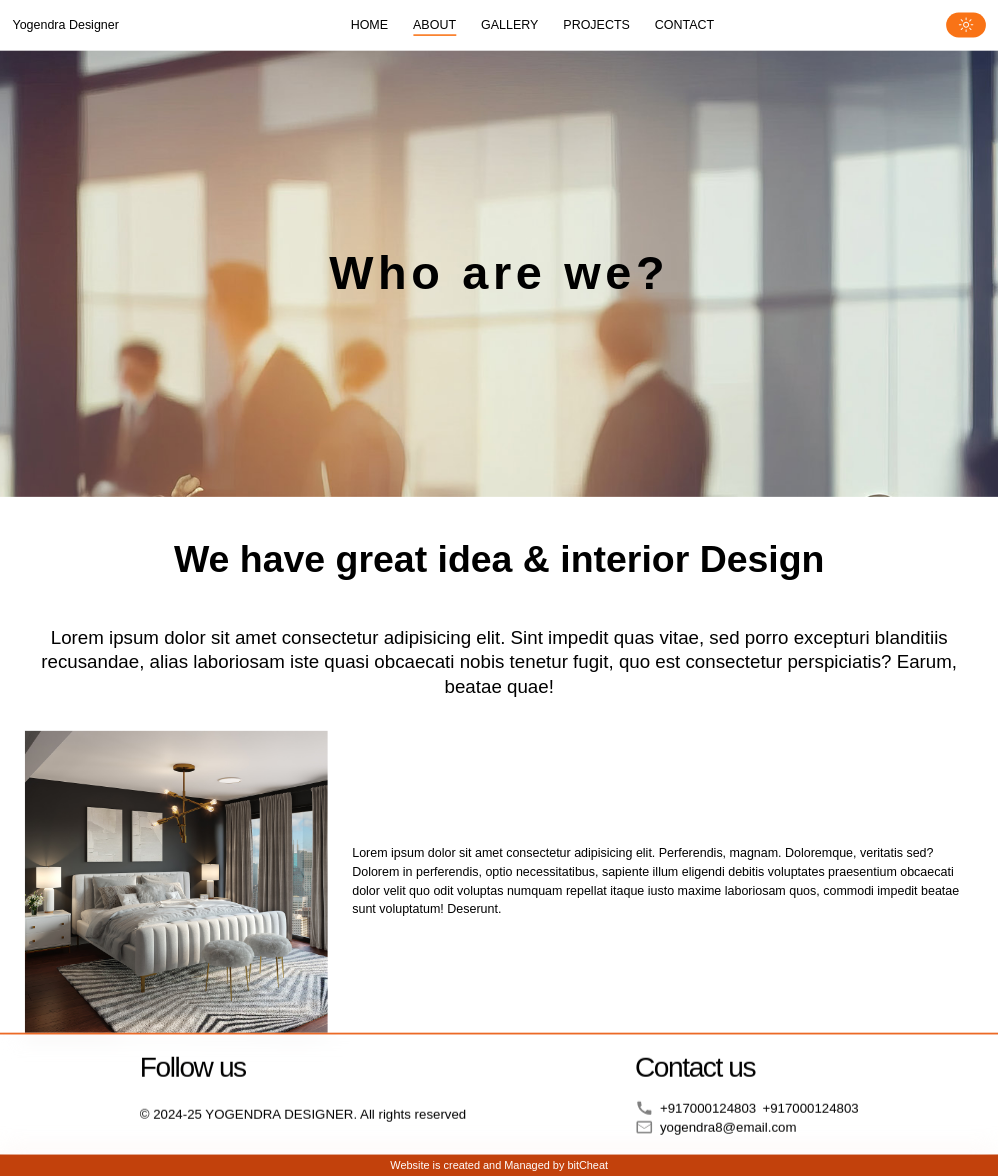
Repository: hitoutvrma/MB_designs-Interior-Designing-website
Page: /about
An editor plug-in stored every save of this project. The page is shown before and after the next save, followed by the edit.
The browser window is 1280 px wide. The pictures show the whole page, at 78% of full size.
The project was rebuilt for these pictures with package versions that can differ from the ones it lists, and the page was loaded fresh each time. The framework's server and built-in components were replaced by stand-ins that run in the browser. Also part of the build but not shown: next.config.mjs.

Above is the page before, as saved 2024-09-16 20:41:35.

After the next save:
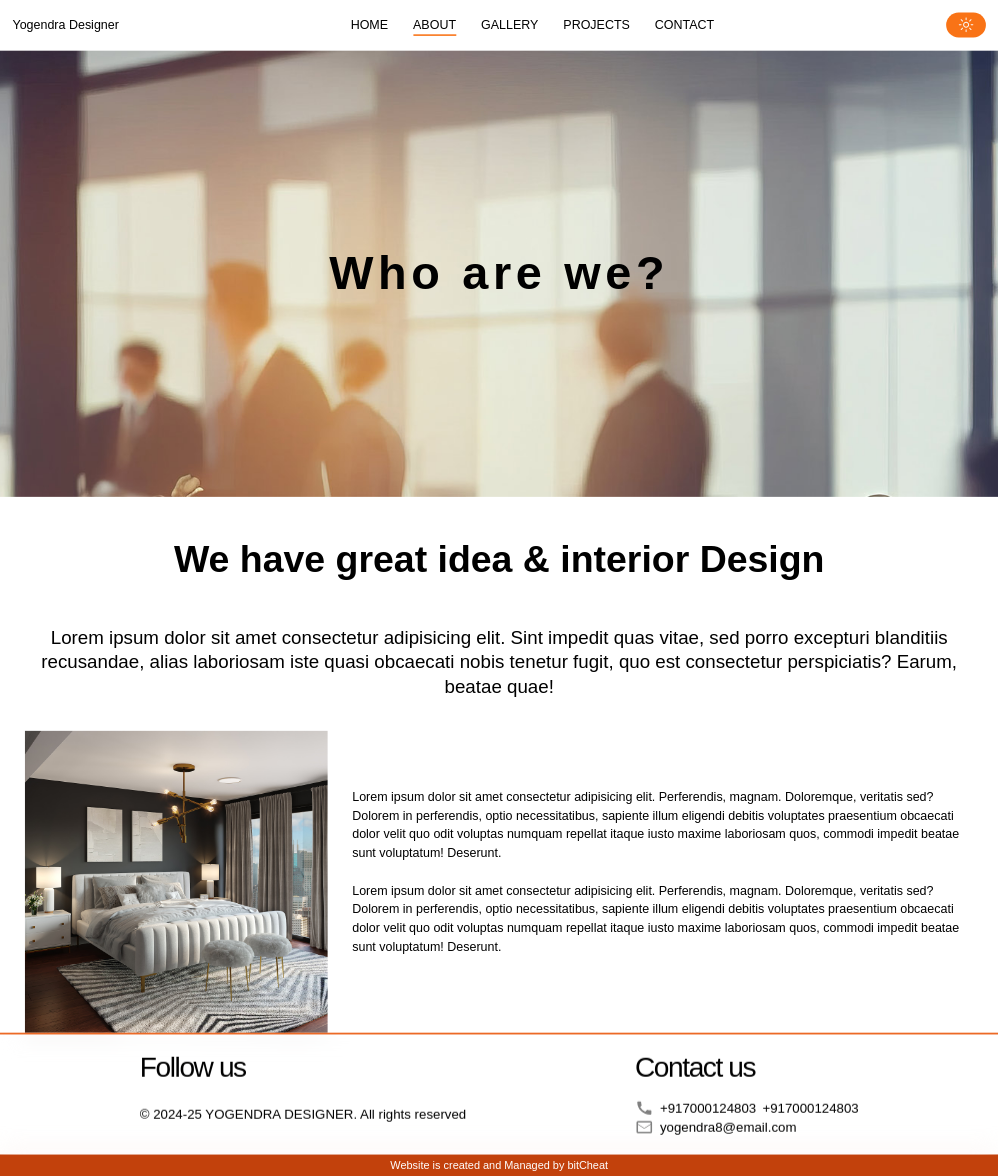
Saved 67 s later.
--- a/app/about/page.jsx
+++ b/app/about/page.jsx
@@ -22,7 +22,8 @@ const page = () => {
       {/*Left side */}
       <div>
       <p>
-        Lorem ipsum dolor sit amet consectetur adipisicing elit. Perferendis, magnam. Doloremque, veritatis sed? Dolorem in perferendis, optio necessitatibus, sapiente illum eligendi debitis voluptates praesentium obcaecati dolor velit quo odit voluptas numquam repellat itaque iusto maxime laboriosam quos, commodi impedit beatae sunt voluptatum! Deserunt.
+        Lorem ipsum dolor sit amet consectetur adipisicing elit. Perferendis, magnam. Doloremque, veritatis sed? Dolorem in perferendis, optio necessitatibus, sapiente illum eligendi debitis voluptates praesentium obcaecati dolor velit quo odit voluptas numquam repellat itaque iusto maxime laboriosam quos, commodi impedit beatae sunt voluptatum! Deserunt.<br/><br/>
+        Lorem ipsum dolor sit amet consectetur adipisicing elit. Perferendis, magnam. Doloremque, veritatis sed? Dolorem in perferendis, optio necessitatibus, sapiente illum eligendi debitis voluptates praesentium obcaecati dolor velit quo odit voluptas numquam repellat itaque iusto maxime laboriosam quos, commodi impedit beatae sunt voluptatum! Deserunt.<br/><br/>
       </p>
 
       </div>
